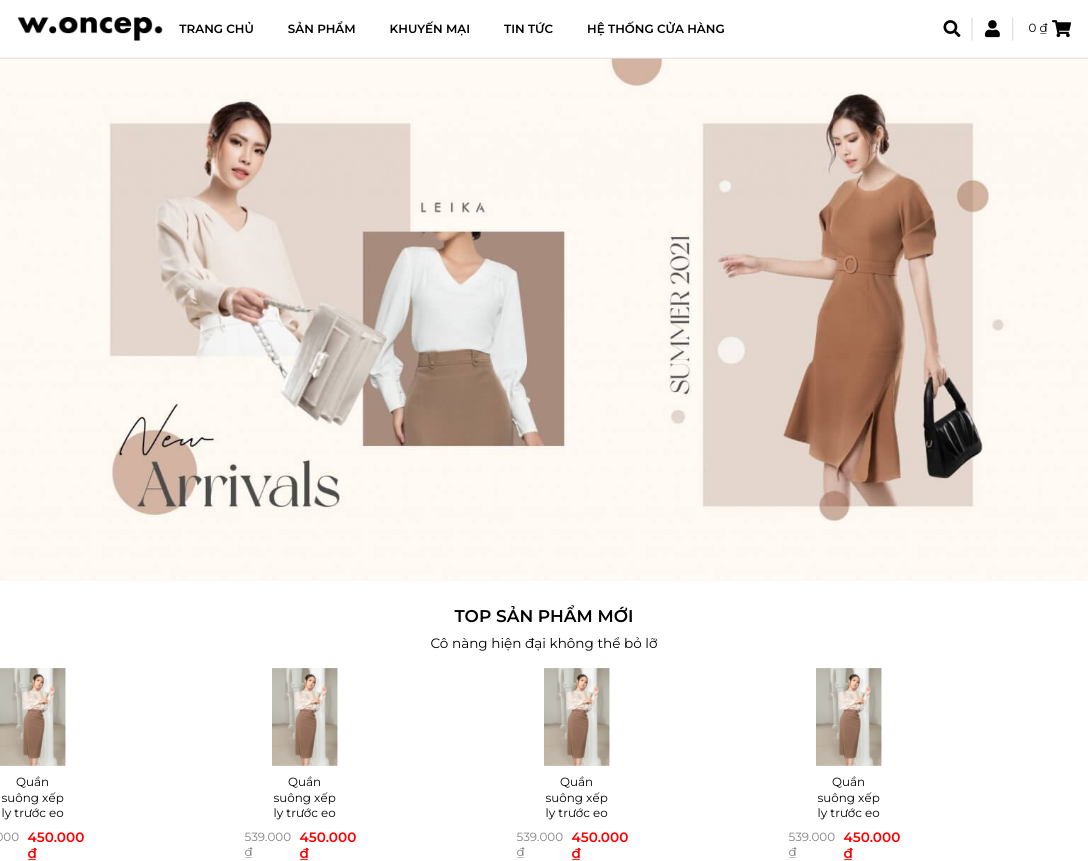
Repository: Nguyenductuan-dev/bt_j2team
Page: index.html
The author's editor kept a copy of each file at every save. The page is drawn from the files as they stood at one save, then again after the next save.
The browser window is 1280 px wide. The pictures show the whole page, at 85% of full size.

Above is the page before, as saved 2021-12-12 02:24:23.

After the next save:
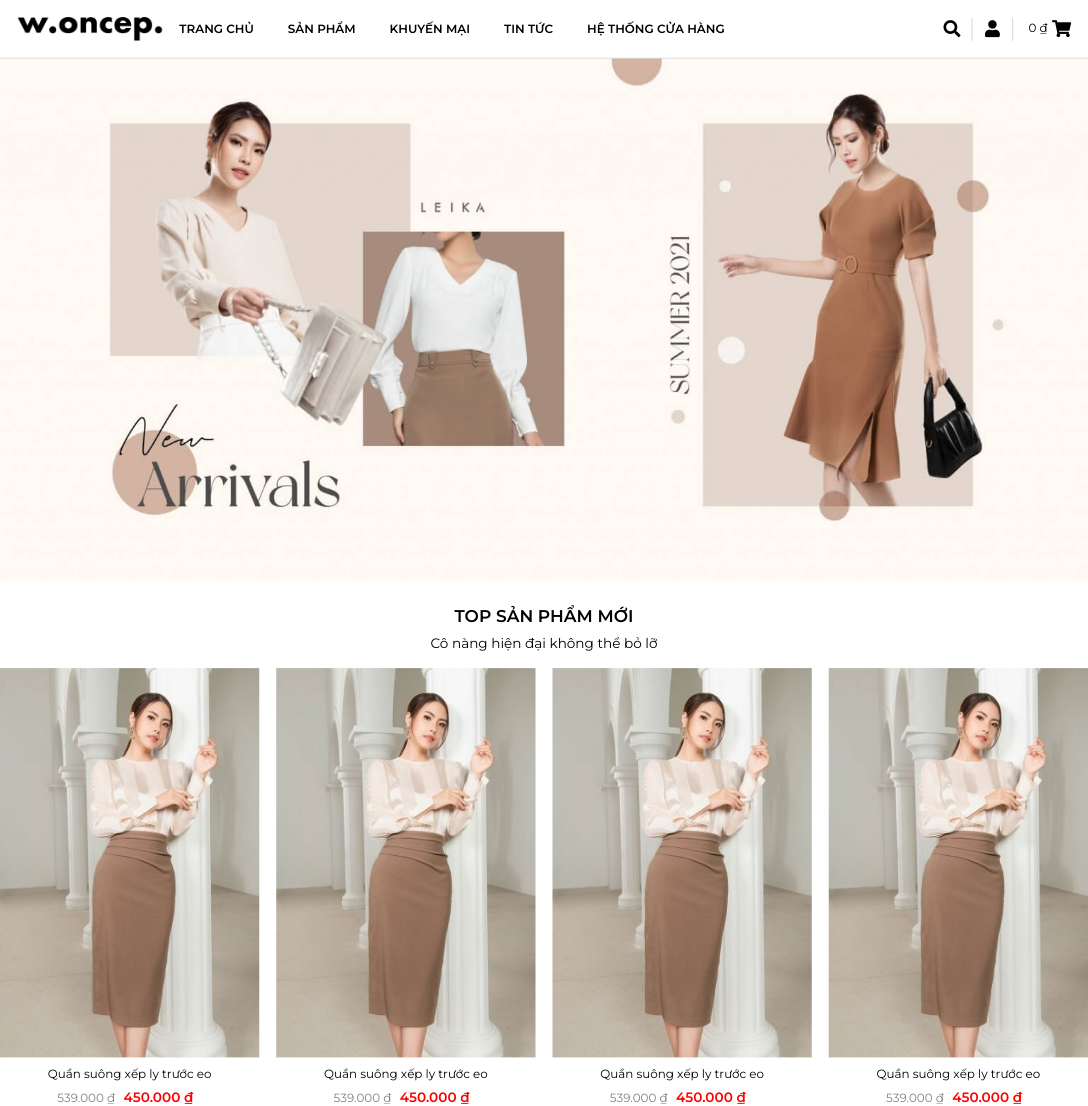
Saved 26 s later.
--- a/css/style.css
+++ b/css/style.css
@@ -107,9 +107,9 @@
     margin-top:  20px;
     display: grid;
     grid-template-columns: 1fr 1fr 1fr 1fr;
+    grid-gap: 20px;
 }
 .home__product-item {
-    width: 24%;
 }
 .home__product-item__img {
     width: 100%;
